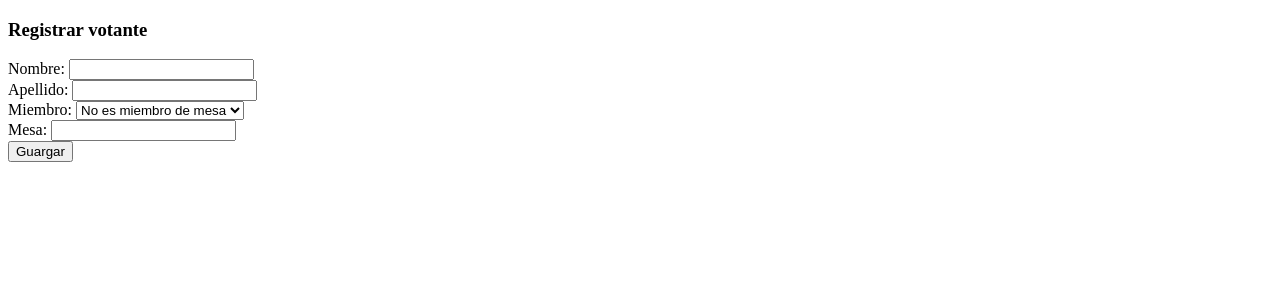
Repository: quino22/ulasalle
Page: ev3-70391273/war/registrar.html
These files come from the project's save history. The page is drawn as it stood at one moment and after the next save; the edit follows.
The browser window is 1280 px wide. The pictures show the whole page.

Above is the page before, as saved 2016-11-04 21:24:03.

### ev3-70391273/war/registrar.html
<!DOCTYPE html>
<html>
<head>
<meta charset="UTF-8">
<title>Registrar</title>
</head>
<body>
<h3>Registrar votante</h3>
<form action="/registrar" method="post">
Nombre: <input type="text" name="nombre">
<br>
Apellido: <input type="text" name="apellido">
<br>
Miembro:
<select name="miembro">
	<option value="no">No es miembro de mesa</option>
	<option value="si">Si en miembro de mesa</option>
</select>
<br>
Mesa: <input type="text" name="mesa">
<br>
<input type="submit" value="Guargar">
</form>
</body>
</html>

After the next save:
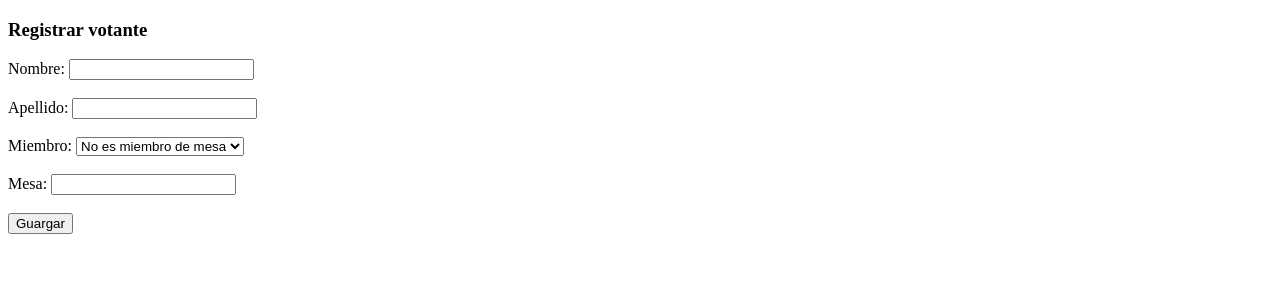
Saved 14 s later.
--- a/ev3-70391273/war/registrar.html
+++ b/ev3-70391273/war/registrar.html
@@ -8,17 +8,17 @@
 <h3>Registrar votante</h3>
 <form action="/registrar" method="post">
 Nombre: <input type="text" name="nombre">
-<br>
+<br><br>
 Apellido: <input type="text" name="apellido">
-<br>
+<br><br>
 Miembro:
 <select name="miembro">
 	<option value="no">No es miembro de mesa</option>
 	<option value="si">Si en miembro de mesa</option>
 </select>
-<br>
+<br><br>
 Mesa: <input type="text" name="mesa">
-<br>
+<br><br>
 <input type="submit" value="Guargar">
 </form>
 </body>
